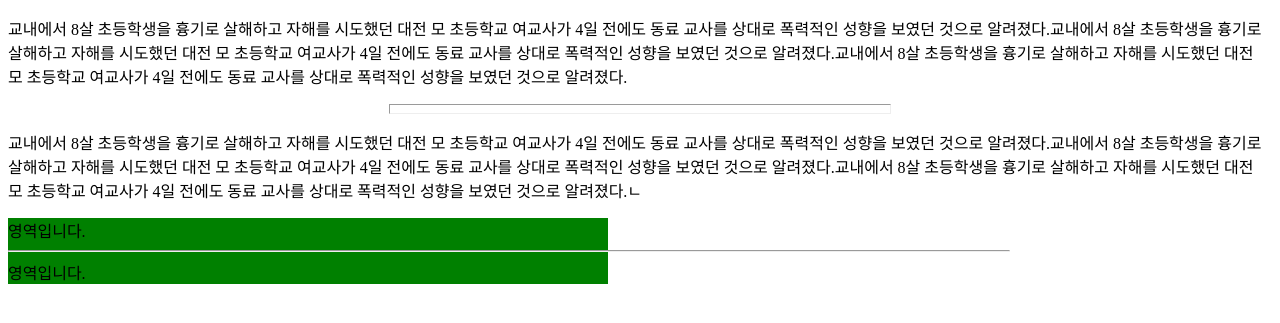
Repository: dnjs0/HCJ
Page: ClientTest/src/main/webapp/ex09_hr.html
These files come from the project's save history. The page is drawn as it stood at one moment and after the next save; the edit follows.
The browser window is 1280 px wide. The pictures show the whole page.

Above is the page before, as saved 2025-02-11 02:15:15.

### ClientTest/src/main/webapp/ex09_hr.html
<!DOCTYPE html>
<html lang="ko">
<head>
	<meta charset="UTF-8">
	<title>Insert title here</title>
</head>
<body>
	<!--  ex09_hr -->
	<!--


	   <hr> 태그, Horizontal Rule
	   - 수평바
	   - 페이지에 선을 긋는것
	   - 문단과 문단을 구분하는 역할
	   - 콘텐츠와 콘텐츠를 구분하는 역할
	   - 단독태그


	   hr 속성
	   1. size : 선의 두께
	   2. width
	   3. align
	   4. color


	   HTML 속성값의 형태(종류)*****
	   1. 숫자형
	       - 단위 없음 : 픽셀(pixel, 화소) > 픽셀? > 화상을 구성하는 최소 단위(단일 색상을 가지는 점1개) > 절대값
	       - 단위 있음 : % > 백분율 > 부모태그의 영역을 기준으로 한다(*****************) > 상대값
	   2. 열거형(enum)
	       - 정해진 속성값 중 하나를 사용
	   3. 색상형
	       - 색상명 or RGB


	 -->


	<p>교내에서 8살 초등학생을 흉기로 살해하고 자해를 시도했던 대전 모 초등학교 여교사가
    4일 전에도 동료 교사를 상대로 폭력적인 성향을 보였던 것으로 알려졌다.교내에서 8살 초등학생을 흉기로 살해하고 자해를 시도했던 대전 모 초등학교 여교사가
    4일 전에도 동료 교사를 상대로 폭력적인 성향을 보였던 것으로 알려졌다.교내에서 8살 초등학생을 흉기로 살해하고 자해를 시도했던 대전 모 초등학교 여교사가
    4일 전에도 동료 교사를 상대로 폭력적인 성향을 보였던 것으로 알려졌다.</p>
    <hr size="10" width="500" align="center">
    <p>교내에서 8살 초등학생을 흉기로 살해하고 자해를 시도했던 대전 모 초등학교 여교사가
    4일 전에도 동료 교사를 상대로 폭력적인 성향을 보였던 것으로 알려졌다.교내에서 8살 초등학생을 흉기로 살해하고 자해를 시도했던 대전 모 초등학교 여교사가
    4일 전에도 동료 교사를 상대로 폭력적인 성향을 보였던 것으로 알려졌다.교내에서 8살 초등학생을 흉기로 살해하고 자해를 시도했던 대전 모 초등학교 여교사가
    4일 전에도 동료 교사를 상대로 폭력적인 성향을 보였던 것으로 알려졌다.ㄴ</p>


    <div style="background-color : green; width : 600px;">
        영역입니다.
        <hr width = "1000">
        영역입니다.
    </div>


</body>
</html>

After the next save:
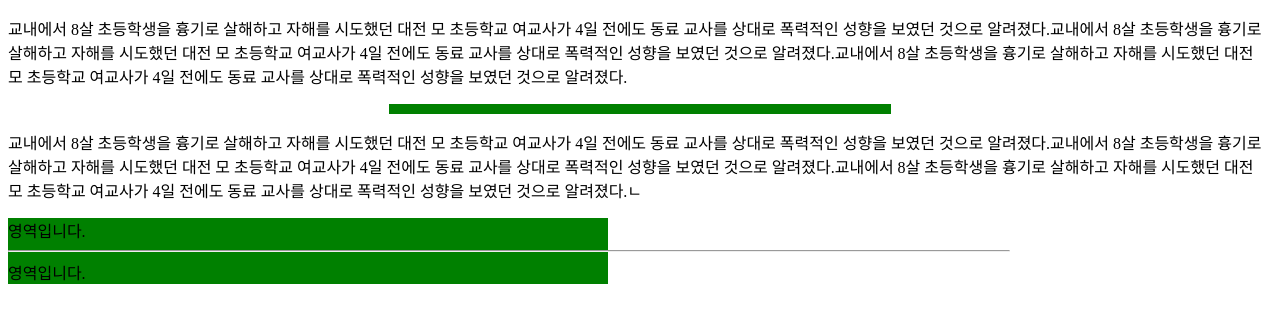
Saved 32 s later.
--- a/ClientTest/src/main/webapp/ex09_hr.html
+++ b/ClientTest/src/main/webapp/ex09_hr.html
@@ -41,7 +41,7 @@
     4일 전에도 동료 교사를 상대로 폭력적인 성향을 보였던 것으로 알려졌다.교내에서 8살 초등학생을 흉기로 살해하고 자해를 시도했던 대전 모 초등학교 여교사가
     4일 전에도 동료 교사를 상대로 폭력적인 성향을 보였던 것으로 알려졌다.교내에서 8살 초등학생을 흉기로 살해하고 자해를 시도했던 대전 모 초등학교 여교사가
     4일 전에도 동료 교사를 상대로 폭력적인 성향을 보였던 것으로 알려졌다.</p>
-    <hr size="10" width="500" align="center">
+    <hr size="10" width="500" align="center" color = "green">
     <p>교내에서 8살 초등학생을 흉기로 살해하고 자해를 시도했던 대전 모 초등학교 여교사가
     4일 전에도 동료 교사를 상대로 폭력적인 성향을 보였던 것으로 알려졌다.교내에서 8살 초등학생을 흉기로 살해하고 자해를 시도했던 대전 모 초등학교 여교사가
     4일 전에도 동료 교사를 상대로 폭력적인 성향을 보였던 것으로 알려졌다.교내에서 8살 초등학생을 흉기로 살해하고 자해를 시도했던 대전 모 초등학교 여교사가
